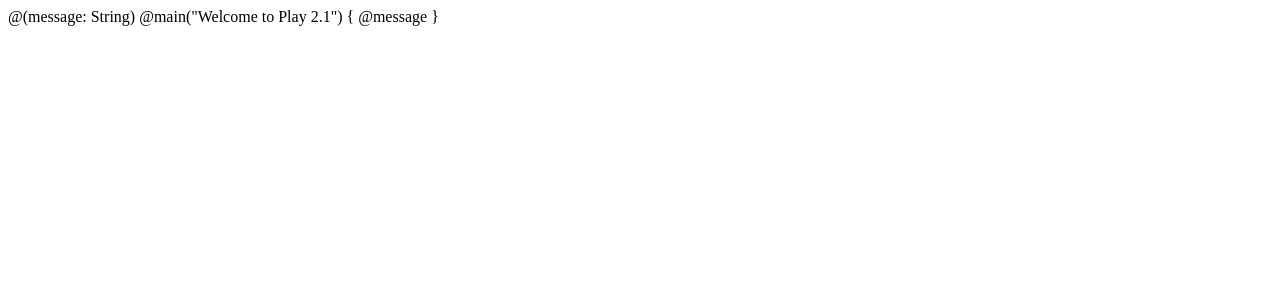
Repository: kadddah/WEBTEC110
Page: Mitfahren/.target/views/index.scala.html
An editor plug-in stored every save of this project. The page is shown before and after the next save, followed by the edit.
The browser window is 1280 px wide. The pictures show the whole page.

Above is the page before, as saved 2013-11-20 16:25:05.

### Mitfahren/.target/views/index.scala.html
@(message: String)

@main("Welcome to Play 2.1") {

    <!-- @play20.welcome(message, style = "Java") -->

    @message

}

After the next save:
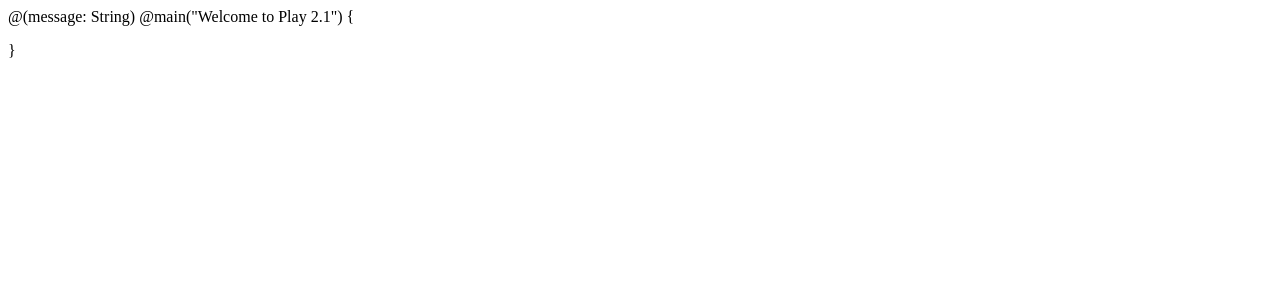
Saved 2 min 4 s later.
--- a/Mitfahren/.target/views/index.scala.html
+++ b/Mitfahren/.target/views/index.scala.html
@@ -4,6 +4,6 @@
 
     <!-- @play20.welcome(message, style = "Java") -->
 
-    @message
+   <form action="@routes.Application.addBar()" method="post"></form>
 
 }
